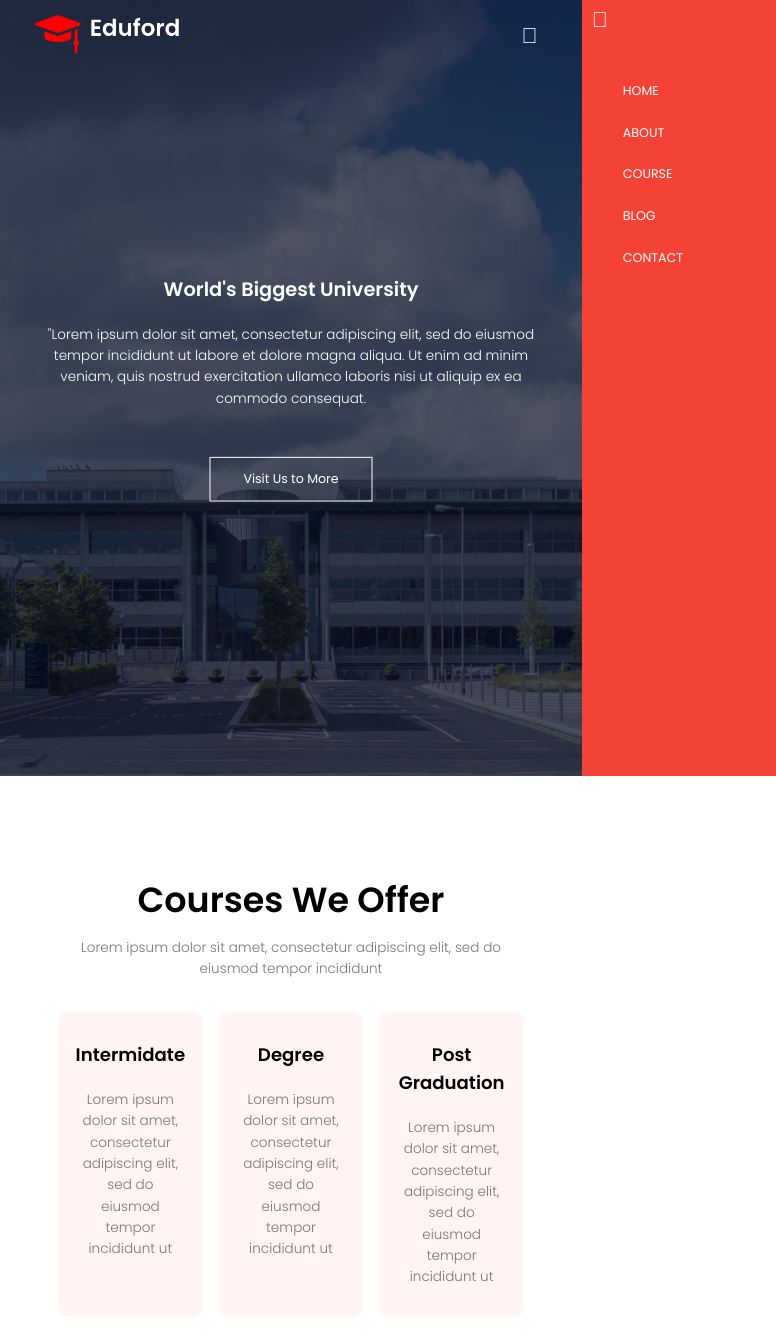
Repository: dewaary/company-profile
Page: index.html
The author's editor kept a copy of each file at every save. The page is drawn from the files as they stood at one save, then again after the next save.
The browser window is 600 px wide. The page is 800 px wide, so the pictures cover 800 px, including what lies to the right of the window. The pictures show the whole page, at 97% of full size.

Above is the page before, as saved 2021-05-07 21:09:17.

After the next save:
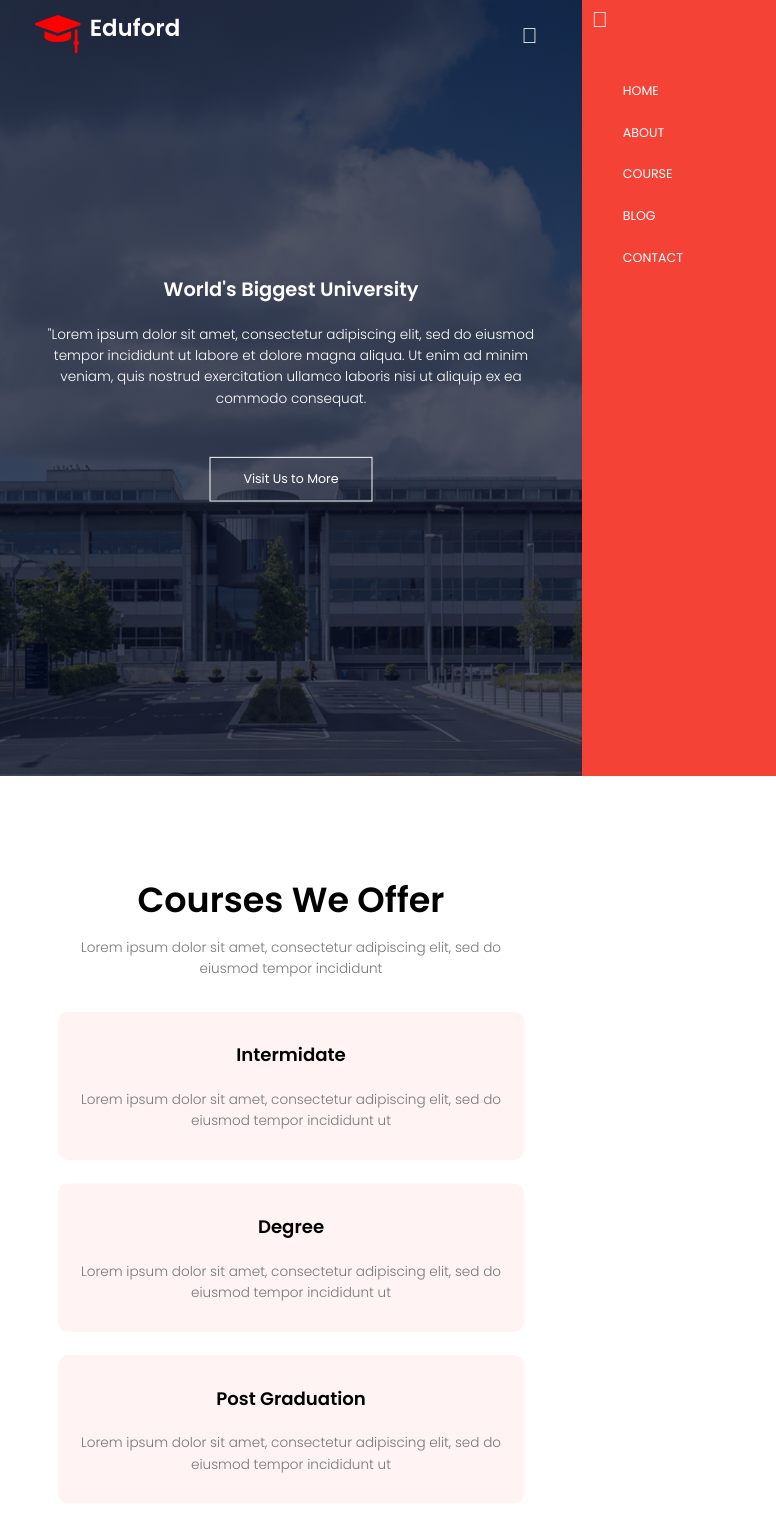
Saved 24 s later.
--- a/style.css
+++ b/style.css
@@ -183,6 +183,6 @@ nav .fa{
 
  @media(max-width: 700px){
    .row{
-     -ms-flex-direction: column;
+     flex-direction: column;
    }
  }
